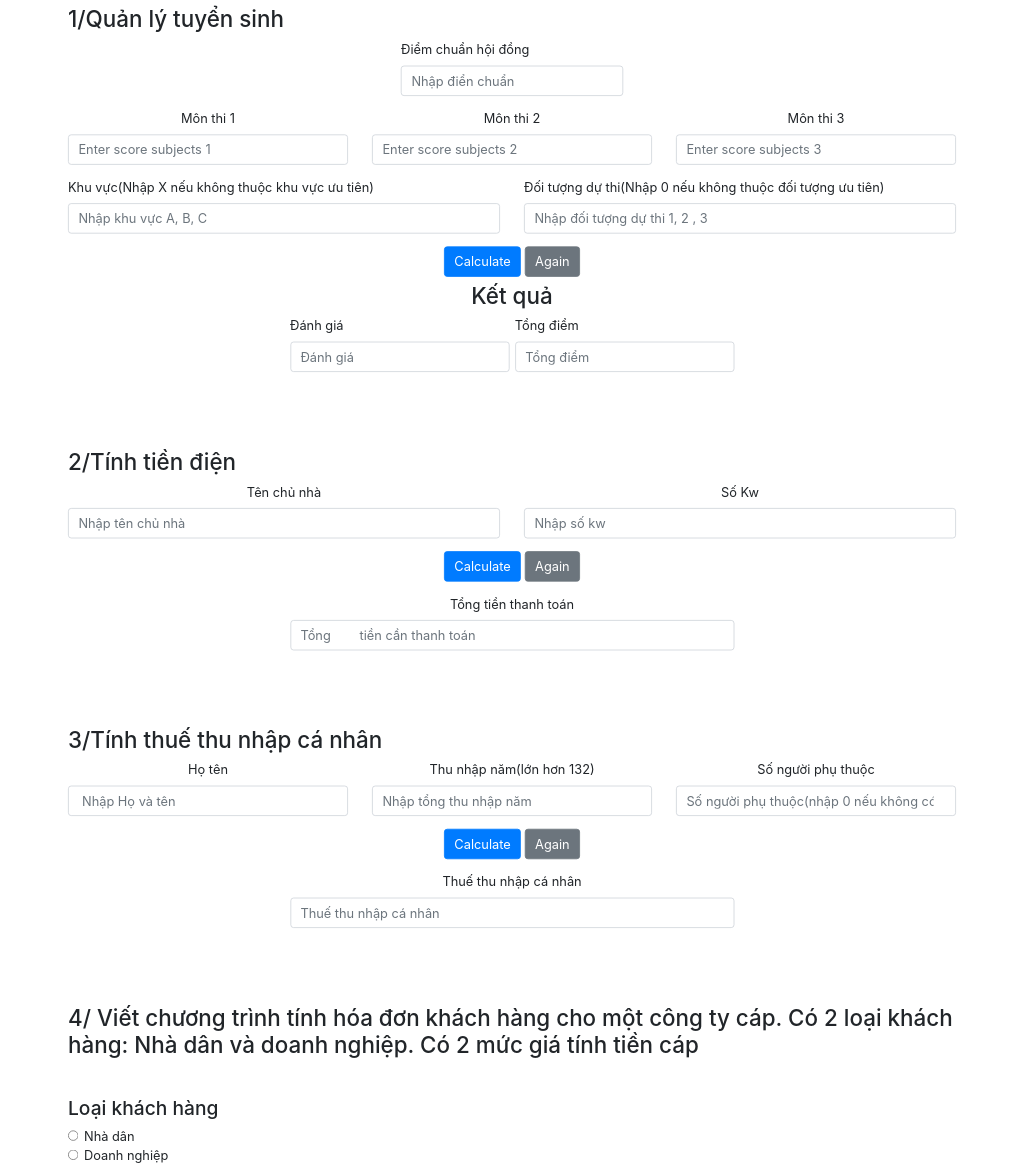
Repository: baobaodeveloper/bootcamp21__jsbasic4_HuynhAnhBao
Page: index.html
These files come from the project's save history. The page is drawn as it stood at one moment and after the next save; the edit follows.
The browser window is 1280 px wide. The pictures show the whole page, at 80% of full size.

Above is the page before, as saved 2022-03-13 23:10:37.

### index.html
<!DOCTYPE html>
<html lang="en">
  <head>
    <title>Exercise3</title>
    <!-- Required meta tags -->
    <meta charset="utf-8" />
    <meta
      name="viewport"
      content="width=device-width, initial-scale=1, shrink-to-fit=no"
    />

    <!-- Bootstrap CSS -->
    <link
      rel="stylesheet"
      href="https://stackpath.bootstrapcdn.com/bootstrap/4.3.1/css/bootstrap.min.css"
      integrity="sha384-ggOyR0iXCbMQv3Xipma34MD+dH/1fQ784/j6cY/iJTQUOhcWr7x9JvoRxT2MZw1T"
      crossorigin="anonymous"
    />
  </head>
  <body>
    <!-- 1/Quản lý tuyển sinh -->
    <div class="container mt-2">
      <h3>1/Quản lý tuyển sinh</h3>

      <div class="mb-3 w-25 m-auto">
        <label>Điểm chuẩn hội đồng</label>
        <input
          type="number"
          class="form-control"
          id="score"
          placeholder="Nhập điển chuẩn"
        />
      </div>

      <div class="row mt-3 text-center">
        <div class="col">
          <label>Môn thi 1</label>
          <input
            type="number"
            class="form-control"
            id="score1"
            placeholder="Enter score subjects 1"
          />
        </div>
        <div class="col">
          <label>Môn thi 2</label>
          <input
            type="number"
            class="form-control"
            id="score2"
            placeholder="Enter score subjects 2"
          />
        </div>
        <div class="col">
          <label>Môn thi 3</label>
          <input
            type="number"
            class="form-control"
            id="score3"
            placeholder="Enter score subjects 3"
          />
        </div>
      </div>

      <div class="row mt-3">
        <div class="col">
          <label>Khu vực(Nhập X nếu không thuộc khu vực ưu tiên)</label>
          <input
            type="text"
            class="form-control"
            placeholder="Nhập khu vực A, B, C"
            id="area"
          />
        </div>
        <div class="col">
          <label
            >Đối tượng dự thi(Nhập 0 nếu không thuộc đối tượng ưu tiên)</label
          >
          <input
            type="number"
            class="form-control"
            placeholder="Nhập đối tượng dự thi 1, 2 , 3"
            id="object"
          />
        </div>
      </div>

      <div class="text-center mt-3">
        <button type="button" class="btn btn-primary" id="scoreBtn">
          Calculate
        </button>
        <button type="button" class="btn btn-secondary" id="score-btn-again">
          Again
        </button>
      </div>

      <h3 class="text-center mt-2">Kết quả</h3>

      <div class="mb-3 w-50 d-flex m-auto justify-content-between">
        <div>
          <label>Đánh giá</label>
          <input
            type="email"
            class="form-control"
            placeholder="Đánh giá"
            id="evaluate"
          />
        </div>

        <div>
          <label>Tổng điểm</label>
          <input
            type="email"
            class="form-control"
            placeholder="Tổng điểm"
            id="total-score"
          />
        </div>
      </div>
    </div>

    <!-- 2/Tính tiền điện -->
    <div class="container mt-lg-5 pt-5">
      <h3>2/Tính tiền điện</h3>
      <div class="row text-center">
        <div class="col">
          <label class="form-label">Tên chủ nhà</label>
          <input
            type="text"
            class="form-control"
            id="host"
            placeholder="Nhập tên chủ nhà"
          />
        </div>
        <div class="col">
          <label class="form-label">Số Kw</label>
          <input
            type="number"
            id="number-kw"
            class="form-control"
            placeholder="Nhập số kw"
          />
        </div>
      </div>

      <div class="text-center mt-3">
        <button type="button" class="btn btn-primary" id="electricBill">
          Calculate
        </button>
        <button type="button" class="btn btn-secondary" id="electricbill-again">
          Again
        </button>
      </div>

      <div class="w-50 m-auto pt-3 text-center">
        <label class="form-label">Tổng tiền thanh toán</label>
        <input
          type="text"
          class="form-control"
          id="total-pay"
          placeholder="Tổng
        tiền cần thanh toán"
        />
      </div>
    </div>

    <!-- 3/Tính thuế thu nhập cá nhân -->
    <div class="container mt-lg-5 pt-5">
      <h3>3/Tính thuế thu nhập cá nhân</h3>
      <div class="row text-center">
        <div class="col">
          <label class="form-label">Họ tên</label>
          <input
            type="text"
            class="form-control"
            id="name"
            placeholder=" Nhập Họ và tên"
          />
        </div>
        <div class="col">
          <label class="form-label">Thu nhập năm(lớn hơn 132)</label>
          <input
            type="number"
            id="gross-pay"
            class="form-control"
            placeholder="Nhập tổng thu nhập năm"
          />
        </div>
        <div class="col">
          <label class="form-label">Số người phụ thuộc</label>
          <input
            type="number"
            id="number-people"
            class="form-control"
            placeholder="Số người phụ thuộc(nhập 0 nếu không có)"
          />
        </div>
      </div>

      <div class="text-center mt-3">
        <button type="button" class="btn btn-primary" id="personal-income-tax">
          Calculate
        </button>
        <button
          type="button"
          class="btn btn-secondary"
          id="personal-income-tax-again"
        >
          Again
        </button>
      </div>

      <div class="w-50 m-auto pt-3 text-center">
        <label class="form-label">Thuế thu nhập cá nhân</label>
        <input
          type="text"
          class="form-control"
          id="assessable-income"
          placeholder="Thuế thu nhập cá nhân"
        />
      </div>
    </div>

    <!-- 4/ Viết chương trình tính hóa đơn khách hàng cho một công ty cáp. Có 2 loại khách hàng:
    Nhà dân và doanh nghiệp. Có 2 mức giá tính tiền cáp-->
    <div class="container mt-5 pt-5">
      <h3>
        4/ Viết chương trình tính hóa đơn khách hàng cho một công ty cáp. Có 2
        loại khách hàng: Nhà dân và doanh nghiệp. Có 2 mức giá tính tiền cáp
      </h3>
      <h4 class="mt-5 mt-2">Loại khách hàng</h4>
      <div class="form-check">
        <input
          class="form-check-input"
          type="radio"
          name="private-house"
          id="private-houses"
          value="private-house"
        />
        <label class="form-check-label" for="private-houses"> Nhà dân </label>
      </div>
      <div class="form-check">
        <input
          class="form-check-input"
          type="radio"
          name="business"
          id="businesss"
          value="business"
        />
        <label class="form-check-label" for="businesss"> Doanh nghiệp </label>
      </div>
    </div>
    <!-- Optional JavaScript -->
    <!-- jQuery first, then Popper.js, then Bootstrap JS -->
    <script
      src="https://code.jquery.com/jquery-3.3.1.slim.min.js"
      integrity="sha384-q8i/X+965DzO0rT7abK41JStQIAqVgRVzpbzo5smXKp4YfRvH+8abtTE1Pi6jizo"
      crossorigin="anonymous"
    ></script>
    <script
      src="https://cdnjs.cloudflare.com/ajax/libs/popper.js/1.14.7/umd/popper.min.js"
      integrity="sha384-UO2eT0CpHqdSJQ6hJty5KVphtPhzWj9WO1clHTMGa3JDZwrnQq4sF86dIHNDz0W1"
      crossorigin="anonymous"
    ></script>
    <script
      src="https://stackpath.bootstrapcdn.com/bootstrap/4.3.1/js/bootstrap.min.js"
      integrity="sha384-JjSmVgyd0p3pXB1rRibZUAYoIIy6OrQ6VrjIEaFf/nJGzIxFDsf4x0xIM+B07jRM"
      crossorigin="anonymous"
    ></script>

    <!-- <script src="exercise1.js"></script> -->
    <!-- <script src="exercise2.js"></script> -->
    <!-- <script src="exercise3.js"></script> -->
    <script src="exercise4.js"></script>
  </body>
</html>

Loaded but not shown: exercise4.js (no stored copy; drawn as an empty file)

After the next save:
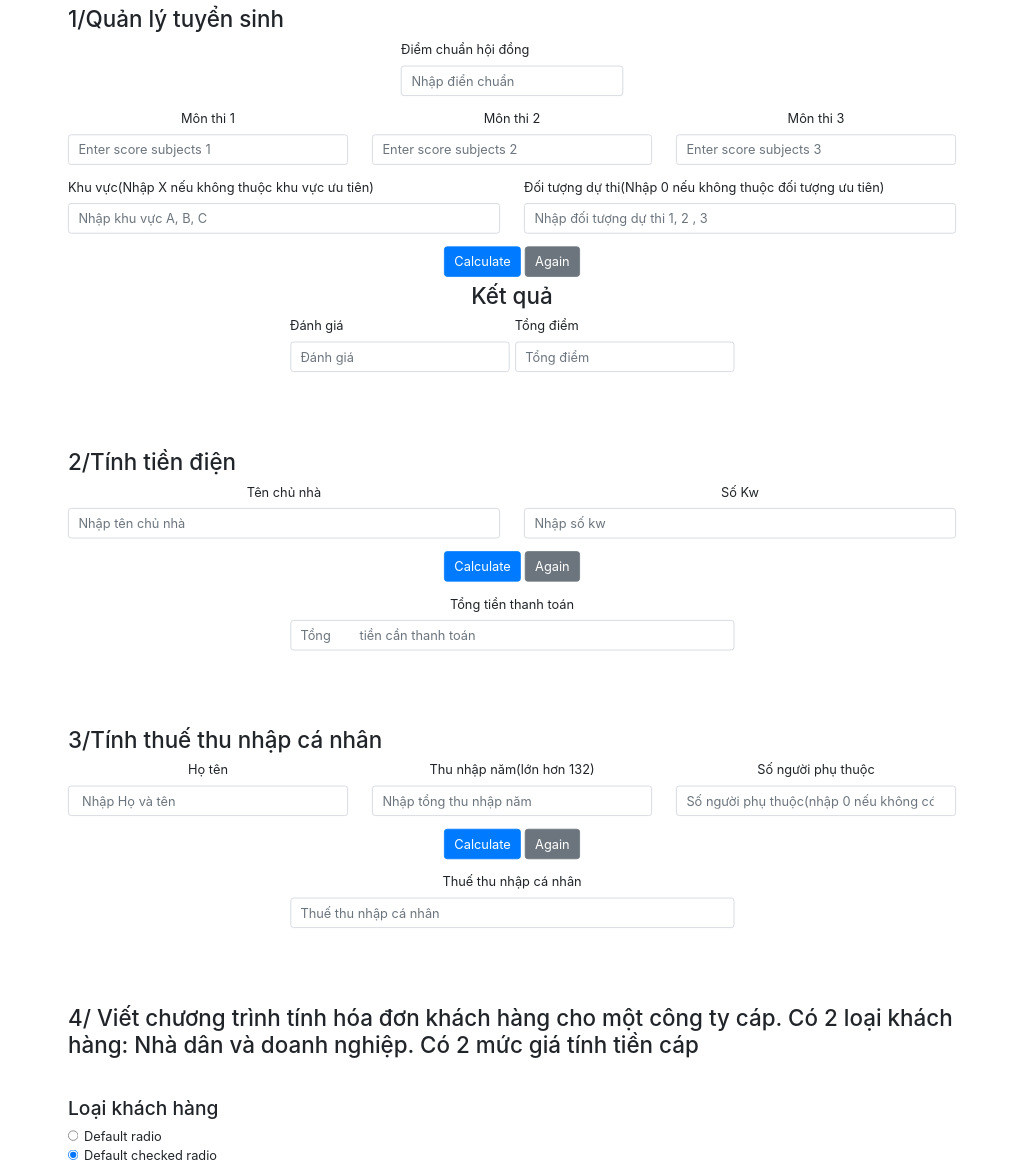
Saved 27 s later.
--- a/index.html
+++ b/index.html
@@ -233,21 +233,24 @@
         <input
           class="form-check-input"
           type="radio"
-          name="private-house"
-          id="private-houses"
-          value="private-house"
-        />
-        <label class="form-check-label" for="private-houses"> Nhà dân </label>
+          name="flexRadioDefault"
+          id="flexRadioDefault1"
+        />
+        <label class="form-check-label" for="flexRadioDefault1">
+          Default radio
+        </label>
       </div>
       <div class="form-check">
         <input
           class="form-check-input"
           type="radio"
-          name="business"
-          id="businesss"
-          value="business"
-        />
-        <label class="form-check-label" for="businesss"> Doanh nghiệp </label>
+          name="flexRadioDefault"
+          id="flexRadioDefault2"
+          checked
+        />
+        <label class="form-check-label" for="flexRadioDefault2">
+          Default checked radio
+        </label>
       </div>
     </div>
     <!-- Optional JavaScript -->
